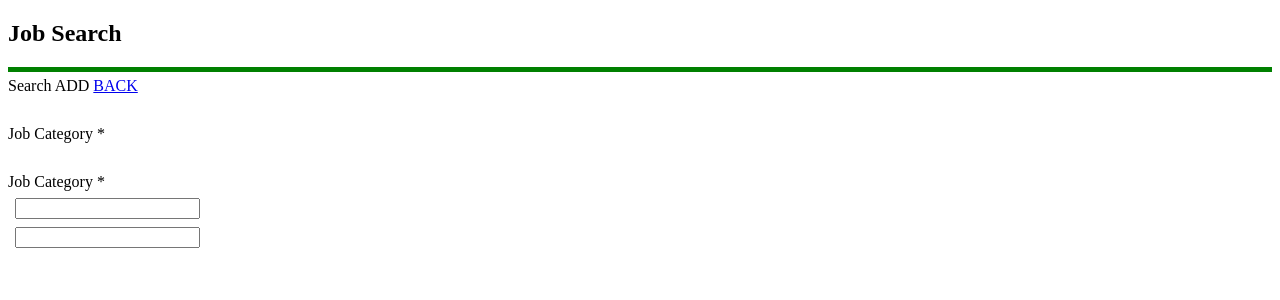
Repository: anvarhaseeb/jobPortalSystem
Page: http://localhost/public_html/Search.jsp
An editor plug-in stored every save of this project. The page is shown before and after the next save, followed by the edit.
The browser window is 1280 px wide. The pictures show the whole page.
The page is served by Tomcat 9.

Above is the page before, as saved 2024-01-10 05:46:52.

After the next save:
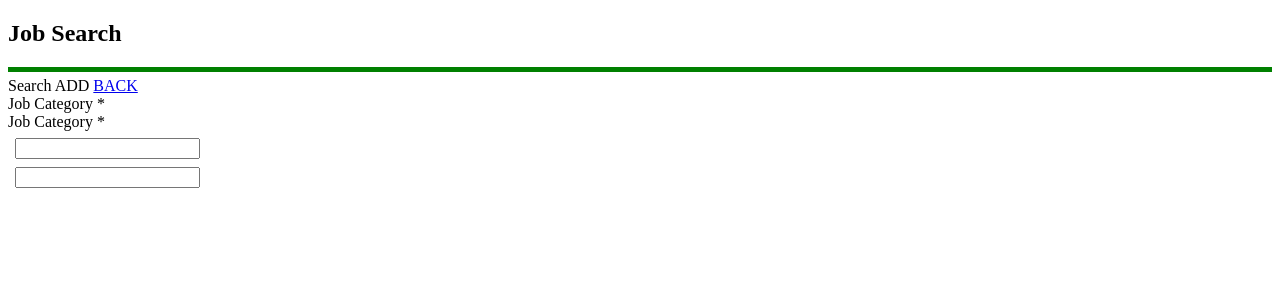
Saved 6 s later.
--- a/JOB/public_html/Search.jsp
+++ b/JOB/public_html/Search.jsp
@@ -39,7 +39,7 @@ Search.jsp :- the jsp for to search the job  -->
                 method="post">
 
 <div class=" row">
-                                <div style="width: 150px; padding-top: 30px;"
+                                <div
                                         class="col-6 col-form-label">
                                         <s:label for="categoryName" style="">
                                                 <label><s:text name="JobCategory" /></label>
@@ -54,7 +54,7 @@ Search.jsp :- the jsp for to search the job  -->
                                 </div>
                         </div>
                         <div class="row">
-                                <div style="width: 150px; padding-top: 30px;"
+                                <div
                                         class="col-6 col-form-label">
                                         <s:label for="categoryName" style="">
                                                 <label><s:text name="JobCategory" /></label>
